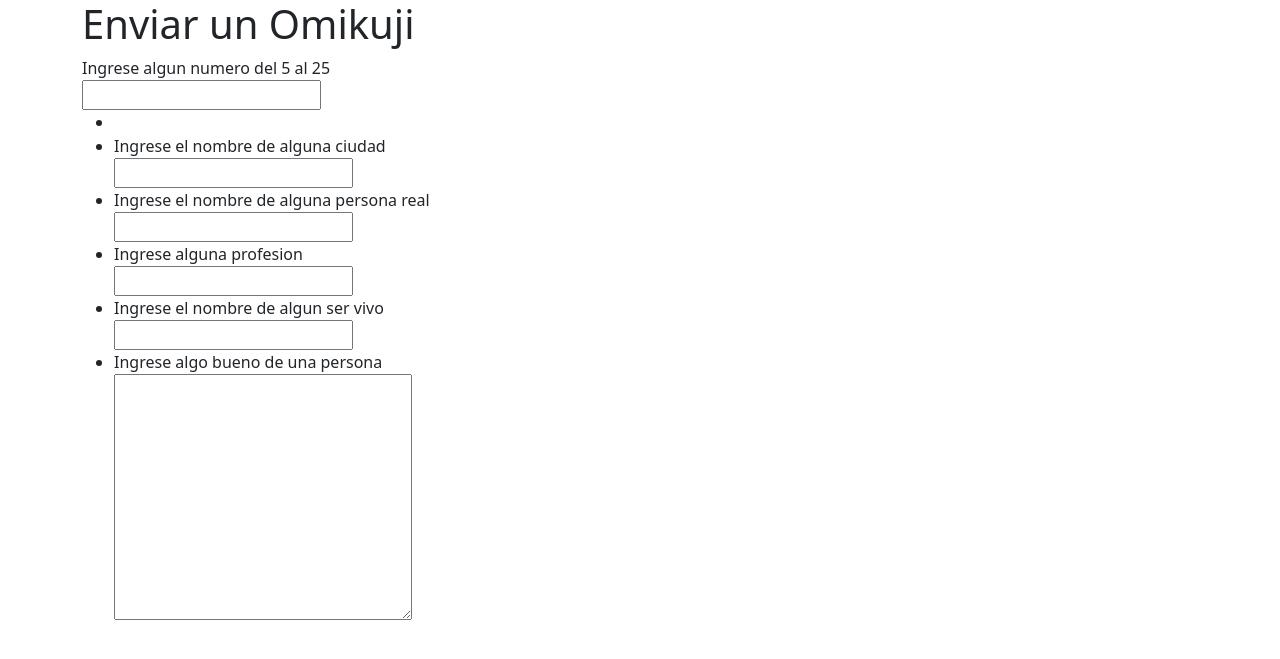
Repository: fanoneytor/condingDojo-JavaSpring
Page: http://localhost/Omikuji/WEB-INF/index.jsp
These files come from the project's save history. The page is drawn as it stood at one moment and after the next save; the edit follows.
The browser window is 1280 px wide. The pictures show the whole page.
The page is served by Tomcat 9. Nobody is signed in. Other server files are loaded and not shown. The template is opened directly, without the code that normally fills it, so the values that code supplies are empty.

Above is the page before, as saved 2023-03-12 17:24:49.

### workspace/Omikuji/src/main/webapp/WEB-INF/index.jsp
<%@ page language="java" contentType="text/html; charset=UTF-8"
    pageEncoding="UTF-8"%>
<%@ taglib prefix = "c" uri = "http://java.sun.com/jsp/jstl/core" %>
<!DOCTYPE html>
<html>
<head>
<meta charset="UTF-8">
<title>Omikuji</title>
<link href="https://cdn.jsdelivr.net/npm/bootstrap@5.0.2/dist/css/bootstrap.min.css" rel="stylesheet" integrity="sha384-EVSTQN3/azprG1Anm3QDgpJLIm9Nao0Yz1ztcQTwFspd3yD65VohhpuuCOmLASjC" crossorigin="anonymous">
</head>
<body>
	<div class="container">
		<div class="row">
			<div class="col-4">
				<h1>Enviar un Omikuji</h1>
				<form action="/enviarOmikuji" method="POST">
					<div class="form-group">
						<label for="numero">Ingrese algun numero del 5 al 25</label>
						<input type="number" />
					</div>
					<ul>
						<li>

						</li>
						<li>
							<label for="nombreCiudad">Ingrese el nombre de alguna ciudad</label>
							<input type="text" />
						</li>
						<li>
							<label for="nombre">Ingrese el nombre de alguna persona real</label>
							<input type="text" />
						</li>
						<li>
							<label for="profesion">Ingrese alguna profesion</label>
							<input type="text" />
						</li>
						<li>
							<label for="serVivo">Ingrese el nombre de algun ser vivo</label>
							<input type="text" />
						</li>
						<li>
							<label for="algoBueno">Ingrese algo bueno de una persona</label>
							<textarea name="algoBueno" id="algoBueno" cols="30" rows="10"></textarea>
						</li>
					</ul>
				</form>
			</div>
		</div>
	</div>

</body>
</html>

After the next save:
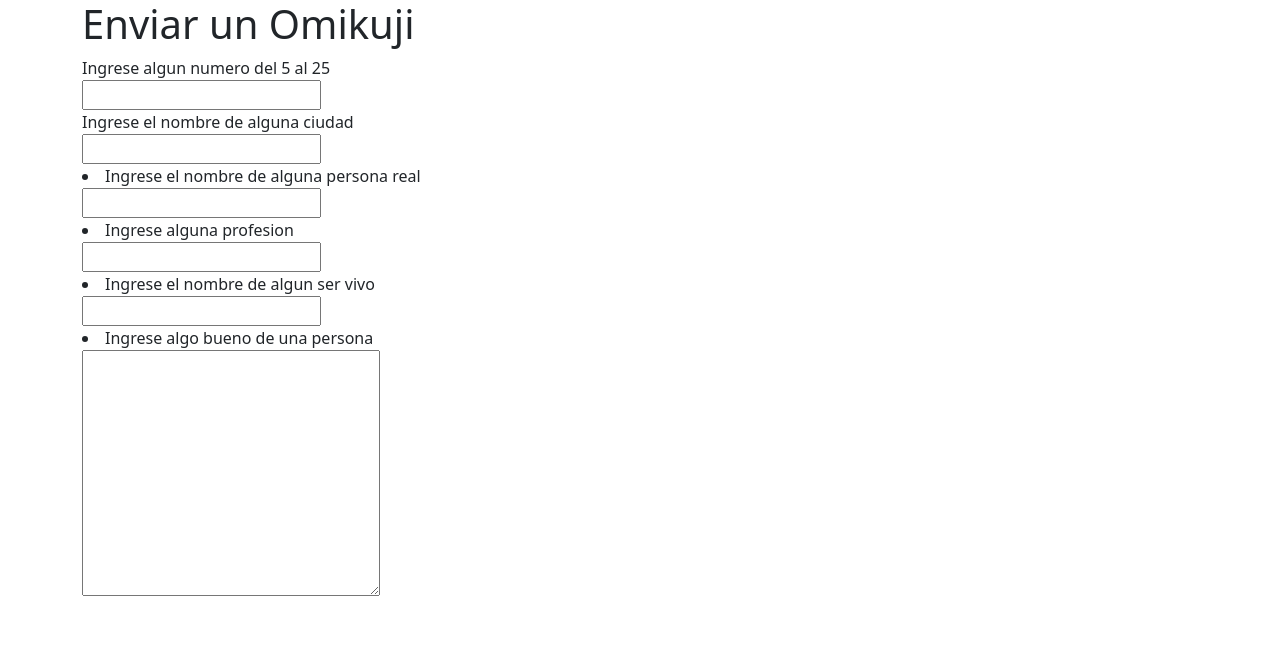
Saved 24 s later.
--- a/workspace/Omikuji/src/main/webapp/WEB-INF/index.jsp
+++ b/workspace/Omikuji/src/main/webapp/WEB-INF/index.jsp
@@ -18,11 +18,8 @@
 						<label for="numero">Ingrese algun numero del 5 al 25</label>
 						<input type="number" />
 					</div>
-					<ul>
-						<li>
-
-						</li>
-						<li>
+					<div class="form-group">
+					</div>
 							<label for="nombreCiudad">Ingrese el nombre de alguna ciudad</label>
 							<input type="text" />
 						</li>
